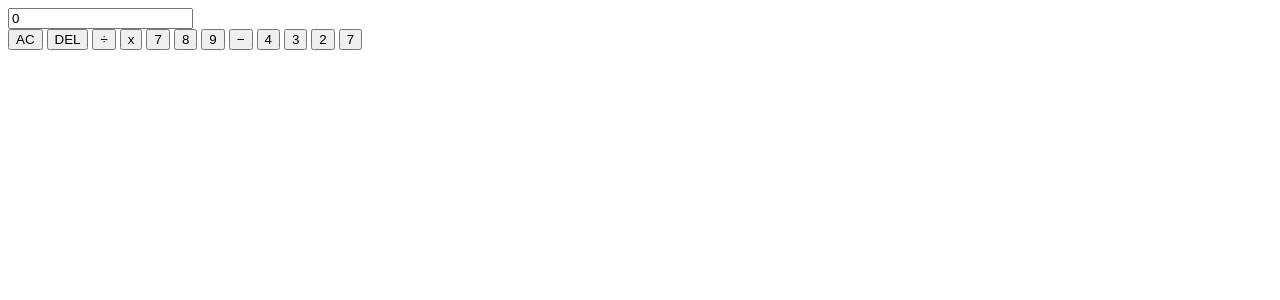
Repository: Mantombi81/Mozi--Calculator
Page: index.html
The author's editor kept a copy of each file at every save. The page is drawn from the files as they stood at one save, then again after a run of saves.
The browser window is 1280 px wide. The pictures show the whole page.

Above is the page before, as saved 2025-06-03 13:05:01.

After the next 6 saves:
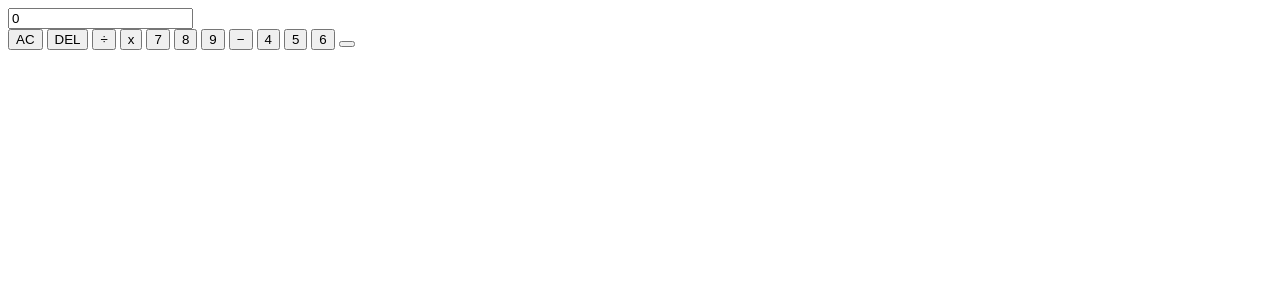
The 6 saves are shown as one change because they came seconds apart.
The last was saved 21 s later.
--- a/index.html
+++ b/index.html
@@ -27,9 +27,9 @@
 
               <!-- Third row -->
               <button class="btn number" onclick="appendToDisplay('4')">4</button>
-              <button class="btn number" onclick="appendToDisplay('3')">3</button>
-              <button class="btn number" onclick="appendToDisplay('2')">2</button>
-              <button class="btn number" onclick="appendToDisplay('7')">7</button>
+              <button class="btn number" onclick="appendToDisplay('5')">5</button>
+              <button class="btn number" onclick="appendToDisplay('6')">6</button>
+              <button class="btn number" onclick="appendToDisplay('')"></button>
 
           </div>
     </div>
